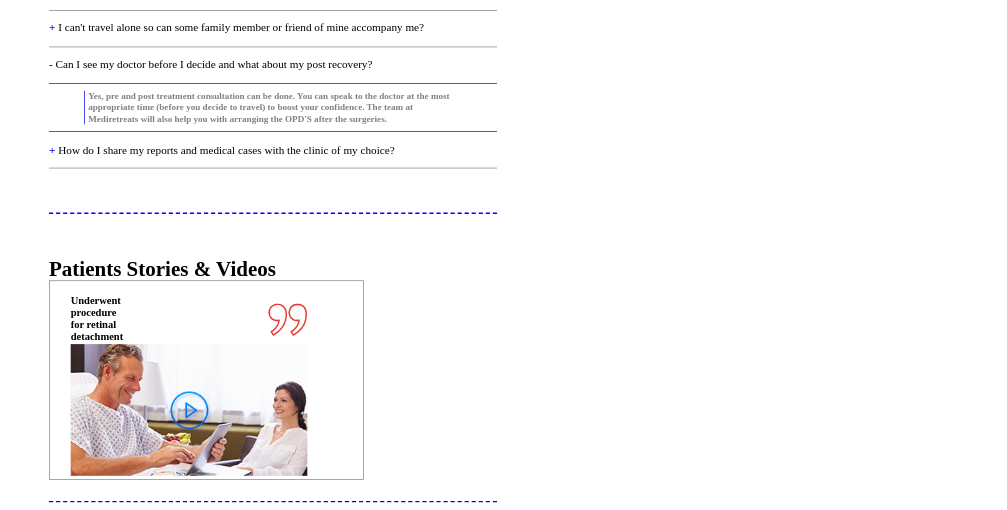
Repository: hetuk2005/webDevelopment
Page: Projects/Aafiya.html
An editor plug-in stored every save of this project. The page is shown before and after the next save, followed by the edit.
The browser window is 1280 px wide. The page is 1438 px wide, so the pictures cover 1438 px, including what lies to the right of the window. The pictures show the part of the page from y = 3751 to 5471 px (the page is 4479 px tall before and 5471 px after), at 70% of full size.

Above is the page before, as saved 2025-04-08 10:40:44.

### Projects/Aafiya.html
<!DOCTYPE html>
<html lang="en">

<head>
    <meta charset="UTF-8" />
    <meta name="viewport" content="width=device-width, initial-scale=1.0" />
    <title>Hetuk</title>
    <link rel="stylesheet" href="./CSS/Aafiya.css" />
</head>

<body>
    <nav>
        <div class="child1">
            <div class="images">
                <img src="./Images/Aafiya Logo.svg" alt="Aafiya Logo" class="img1" /><br />
                <img src="./Images/Logo 2.png" alt="Logo" class="img2" />
            </div>
            <div class="image_text">
                <div class="book_text">
                    <img src="./Images/Book.svg" alt="Book" class="img3" />
                    <div class="grid">
                        <br />
                        <p class="text">Second Medical Option</p>
                        <p class="text1">Book Consultation</p>
                    </div>
                </div>
                <div class="call_text">
                    <img src="./Images/Call.svg" alt="Call" class="img4" /><br />
                    <div class="grid">
                        <br />
                        <p class="text">Call Us On</p>
                        <p class="text1">985 896 2222</p>
                    </div>
                </div>
                <div class="mail_text">
                    <img src="./Images/Mail.png" alt="Mail" class="img5" />
                    <div class="grid">
                        <br />
                        <p class="text">Email Us On</p>
                        <p class="text1">info@mediretreats.com</p>
                    </div>
                </div>
                <div class="India">
                    <img src="./Images/India.svg" alt="India Flag" class="img6" />
                    <img src="./Images/Dropdown Arrow.svg" alt="Dropdown Arrow" class="img7" />
                </div>
            </div>
        </div>
        <div class="child2">
            <ul>
                <li>Home</li>
                <li>About Us</li>
                <li>Treatments +</li>
                <li>Destinations +</li>
                <li>Hospitals</li>
                <li>FAQs</li>
                <li>Blog</li>
                <li>Request A Quote</li>
            </ul>
            <input type="search" placeholder="Search" />
        </div>
    </nav>
    <div class="home_img">
        <div class="home_child">
            <p class="home_content">Home</p>
            <span> > </span>
            <p class="home_content">Treatments</p>
            <span> > </span>
            <p class="home_content">Orthopaedics</p>
            <span> > </span>
            <p class="home_content">Knee Replacement</p>
        </div>
        <br />
        <h3>Total Knee Replacement</h3>
        <p class="home_description">
            Total knee replacement is a surgery to remove and replace the whole<br /> damaged knee joint with an artificial joint.
        </p>
        <br />
        <button class="enquire_now">Enquire Now</button>
    </div>
    <div class="nav2">
        <ul>
            <li class="list">Overview</li>
            <li>Eligibility</li>
            <li>Preparation</li>
            <li>About Treatment</li>
            <li>Post-Treatment Care</li>
            <li>Recovery Tips</li>
            <li>FAQs</li>
            <li>Patients Stories</li>
        </ul>
    </div>
    <div class="treatment_overview">
        <div class="treatment_text">
            <h3>Treatment Overview</h3>
            <br />
            <p>
                Lorem ipsum dolor sit amet consectetur adipisicing elit.<br /> Earum, culpa vel debitis incidunt non quis.
            </p>
            <br />
            <p>
                Lorem ipsum dolor sit amet consectetur adipisicing elit.<br /> aliquam repudiandae, corporis consectetur dolorem eum.<br /> facilis quasi, praesentium inventore expedita quo hic.
            </p>
            <br />
            <p>
                Lorem ipsum dolor sit amet culpa vel debitis<br /> consectetur, adipisicing elit. Adipisci, nemo.
            </p>
            <br />
        </div>
        <div class="treatment_img">
            <img src="./Images/treatment_overview (1).jpg" alt="Image" />
        </div>
    </div>
    <div class="eligibility_for_treatment">
        <div class="eligibility_text">
            <h3>Eligibility For Treatment</h3>
            <br />
            <p>
                Any individual who has tried diet and exercise but failed to lose weight is considered as a good candidate for<br /> gastric bypass. Although gastric bypass aids in weight loss, it is not an appropriate option for everyone.<br /> Based
                on the overall health and certain medical guidelines, the doctor will decide whether you are eligible<br /> for gastric bypass or not.
            </p>
            <br />
            <p>In general, gastric bypass could be a good option if:</p>
            <br />
            <ul>
                <li>The BMI (body mass index) is 40 or more.</li>
                <li>
                    Your BMI is 30 or more with severe weight-related health conditions like type-2 diabetes and high<br /> blood pressure.
                </li>
                <li>You are willing to make permanent changes in the lifestyle.</li>
            </ul>
        </div>
        <br /><br /><br />
        <div class="eligibility_form">
            <h3>Need Help?</h3>
            <br />
            <p>
                Just let us know. We will be happy to<br /> assist you.
            </p>
            <br /><br />
            <form>
                <input type="text" placeholder="Full Name" /><br /><br />
                <input type="email" placeholder="Email" /><br /><br />
                <input type="tel" placeholder="Phone Number" /><br /><br />
                <input type="textarea" placeholder="Describe Your Treatment Requirement" class="textarea" /><br /><br />
                <button class="Enquiry">Send Enquiry</button>
            </form>
        </div>
    </div>
    <div class="preparation_of_treatment">
        <h3>Preparation Of Treatment</h3>
        <br />
        <p>
            Any individual who has tried diet and exercise but failed to lose weight is considered as a good candidate for<br /> gastric bypass. Although gastric bypass aids in weight loss, it is not an appropriate option for everyone.<br /> Based on
            the overall health and certain medical guidelines, the doctor will decide whether you are eligible<br /> for gastric bypass or not.
        </p>
        <br />
        <p>In general, gastric bypass could be a good option if:</p>
        <br />
        <ul>
            <li>The BMI (body mass index) is 40 or more.</li>
            <li>
                Your BMI is 30 or more with severe weight-related health conditions like type-2 diabetes and high<br /> blood pressure.
            </li>
            <li>You are willing to make permanent changes in the lifestyle.</li>
        </ul>
    </div>
    <div class="about_treatment">
        <h3>About Treatment</h3>
        <br />
        <p>
            Any individual who has tried diet and exercise but failed to lose weight is considered as a good candidate for<br /> gastric bypass. Although gastric bypass aids in weight loss, it is not an appropriate option for everyone.<br /> Based on
            the overall health and certain medical guidelines, the doctor will decide whether you are eligible<br /> for gastric bypass or not.
        </p>
        <br />
        <p>In general, gastric bypass could be a good option if:</p>
        <br />
        <ul>
            <li>The BMI (body mass index) is 40 or more.</li>
            <li>
                Your BMI is 30 or more with severe weight-related health conditions like type-2 diabetes and high<br /> blood pressure.
            </li>
            <li>You are willing to make permanent changes in the lifestyle.</li>
        </ul>
    </div>
    <div class="post_treatment">
        <h3>Post-Treatment Care Treatment</h3>
        <br />
        <p>
            Any individual who has tried diet and exercise but failed to lose weight is considered as a good candidate for<br /> gastric bypass. Although gastric bypass aids in weight loss, it is not an appropriate option for everyone.<br /> Based on
            the overall health and certain medical guidelines, the doctor will decide whether you are eligible<br /> for gastric bypass or not.
        </p>
        <br />
        <p>In general, gastric bypass could be a good option if:</p>
        <br />
        <ul>
            <li>The BMI (body mass index) is 40 or more.</li>
            <li>
                Your BMI is 30 or more with severe weight-related health conditions like type-2 diabetes and high<br /> blood pressure.
            </li>
            <li>You are willing to make permanent changes in the lifestyle.</li>
        </ul>
    </div>
    <div class="treatment_recovery">
        <h3>Post-Treatment Care Treatment</h3>
        <br />
        <p>
            Any individual who has tried diet and exercise but failed to lose weight is considered as a good candidate for<br /> gastric bypass. Although gastric bypass aids in weight loss, it is not an appropriate option for everyone.<br /> Based on
            the overall health and certain medical guidelines, the doctor will decide whether you are eligible<br /> for gastric bypass or not.
        </p>
        <br />
        <p>In general, gastric bypass could be a good option if:</p>
        <br />
        <ul>
            <li>The BMI (body mass index) is 40 or more.</li>
            <li>
                Your BMI is 30 or more with severe weight-related health conditions like type-2 diabetes and high<br /> blood pressure.
            </li>
            <li>You are willing to make permanent changes in the lifestyle.</li>
        </ul>
    </div>
    <div class="treatment_faqs">
        <h3>Treatment FAQs</h3>
        <br />
        <p>How do I know the clinic I am searching is verified?</p>
        <br />
        <p>
            I can't travel alone so can some family member or friend of mine accompany me?
        </p>
        <br />
        <p class="answered">
            Can I see my doctor before I decide and what about my post recovery?
        </p>
        <br />
        <p class="answer">
            <span class="left">
          Yes, pre and post treatment consultation can be done. You can speak to
          the doctor at the most<br />
          appropriate time (before you decide to travel) to boost your
          confidence. The team at<br />
          Mediretreats will also help you with arranging the OPD'S after the
          surgeries.
        </span>
        </p>
        <br />
        <a class="bottom">
        How do I share my reports and medical cases with the clinic of my
        choice?
      </a>
        <br />
    </div>
    <div class="patient_stories">
        <h3>Patients Stories & Videos</h3>
        <div class="stories_img">
            <div class="text1">
                <p class="stories_text">Underwent procedure<br> for retinal detachment</p>
                <img src="./Images/Quotes.svg" alt="Quotes" class="quotes">
            </div>
            <img src="./Images/Patient_Stories.png" alt="Image Of Patient" class="patients" />
        </div>
    </div>
</body>

</html>

### Projects/CSS/Aafiya.css
* {
    margin: 0;
    padding: 0;
    box-sizing: border-box;
}

nav {
    width: 100%;
}

.child1 {
    display: flex;
    padding-top: 15px;
    gap: 20px;
    /* height: 50vh; */
    /* border: 1px solid black; */
    justify-content: space-evenly;
    align-items: center;
}

.img3,
.img4,
.img5 {
    height: 60px;
    width: 60px;
    padding-top: 10px;
    object-fit: contain;
}

.book_text,
.call_text,
.mail_text {
    display: flex;
    width: 250px;
    /* border: 1px solid red; */
    justify-content: center;
    padding-bottom: 15px;
}

.grid {
    display: grid;
    text-align: left;
    padding-left: 10px;
}

.img1 {
    height: 70px;
    width: 300px;
    object-fit: contain;
}

.img2 {
    height: 80px;
    width: 70px;
    object-fit: contain;
}

.image_text {
    display: flex;
    gap: 20px;
    padding-right: 50px;
}

.images {
    display: flex;
    gap: 25px;
    padding-left: 50px;
    justify-content: center;
    align-items: center;
}

.text1 {
    font-weight: bolder;
    font-size: 15px;
}

.text {
    font-weight: bold;
    color: gray;
    font-size: 15px;
}

.India {
    display: flex;
    padding-left: 5px;
    justify-content: center;
    gap: 8px;
}

.India>.img6 {
    height: 50px;
    /* width: 50px; */
    padding-top: 10px;
    object-fit: contain;
}

.India>.img7 {
    height: 40px;
    /* width: 40px; */
    padding-top: 23px;
    object-fit: contain;
}

.child2 {
    display: flex;
    padding-top: 10px;
    /* border: 1px solid black; */
    justify-content: space-evenly;
    align-items: center;
    color: white;
    padding-bottom: 10px;
    background-color: rgb(125, 163, 244);
}

.child2>ul {
    list-style-type: none;
    display: flex;
    gap: 60px;
    justify-content: center;
    font-weight: bold;
    align-items: center;
    font-size: larger;
    padding-right: 60px;
}

.child2>input {
    height: 45px;
    background-color: rgb(125, 163, 244);
    width: 200px;
    padding-left: 10px;
    font-weight: bold;
    border: 2px solid black;
}

.child2>input::placeholder {
    color: white;
    text-align: center;
    font-size: large;
    font-weight: bolder;
    opacity: 0.8;
}

.home_img {
    background-image: url(../Images/Main\ Image.jpg);
    background-position: center center;
    background-size: cover;
    background-repeat: no-repeat;
    padding: 80px 0;
    padding-left: 70px;
    position: relative;
    color: white;
}

.home_img>.home_child {
    display: flex;
    gap: 20px;
}

.home_img>.home_child>.home_content,
span {
    font-size: 20px;
    font-weight: bold;
}

.home_img>h3 {
    font-size: 37px;
    font-weight: bolder;
    margin-bottom: 15px;
}

.home_img>.home_description {
    font-size: 19px;
    margin-bottom: 25px;
    font-weight: bold;
}

.home_img>.home_child>span {
    color: red;
}

.home_img>.enquire_now {
    background-color: #1da1f2;
    font-weight: bold;
    color: white;
    font-size: 17px;
    width: 170px;
    height: 40px;
}

.nav2>ul {
    list-style-type: none;
    display: flex;
    gap: 50px;
    padding-left: 60px;
    padding-top: 25px;
    padding-bottom: 20px;
    border-bottom: 2px solid gray;
    font-size: larger;
    font-weight: 300;
}

.nav2>ul>.list:hover {
    text-decoration: underline;
}

.treatment_overview {
    display: flex;
    width: 100%;
    gap: 50px;
    margin-bottom: 10px;
    border-bottom: 2px dashed blue;
    margin-left: 70px;
}

.treatment_overview>.treatment_text {
    padding-top: 67px;
    padding-bottom: 50px;
}

.treatment_overview>.treatment_text>p {
    font-size: 25px;
    padding-bottom: 25px;
}

.treatment_overview>.treatment_text>h3 {
    font-weight: bold;
    font-size: 30px;
}

.treatment_overview>.treatment_img>img {
    height: 480px;
    width: 700px;
    padding-top: 40px;
    padding-bottom: 40px;
    object-fit: contain;
    margin-right: 70px;
}

.eligibility_for_treatment {
    display: flex;
    width: 100%;
    gap: 80px;
    padding-top: 50px;
    margin-left: 70px;
}

.eligibility_for_treatment>.eligibility_text {
    border-bottom: 2px dashed blue;
}

.eligibility_for_treatment>.eligibility_text>h3 {
    font-size: 30px;
    font-weight: bold;
}

.eligibility_for_treatment>.eligibility_text>ul {
    list-style-type: circle;
    padding-left: 23px;
}

.eligibility_for_treatment>.eligibility_text>ul>li::marker {
    color: blue;
    font-size: 30px;
    font-weight: bold;
}

.eligibility_for_treatment>.eligibility_form>h3 {
    font-size: 35px;
    color: blue;
    font-weight: bold;
    font-style: italic;
}

.eligibility_form {
    box-shadow: 0 0 10px rgba(0, 0, 0, 0.4);
    border-radius: 7px;
    padding: 20px;
}

.eligibility_for_treatment>.eligibility_form>p {
    font-size: 20px;
}

.eligibility_for_treatment>.eligibility_form>form>input {
    height: 40px;
    width: 300px;
    gap: 20px;
    border: 2px solid black;
    border-radius: 7px;
}

.eligibility_for_treatment>.eligibility_form>form>input::placeholder {
    color: gray;
    padding-left: 15px;
}

.eligibility_for_treatment>.eligibility_form>form>.textarea {
    height: 100px;
    width: 300px;
    border: 2px solid black;
    border-radius: 7px;
}


/*.eligibility_for_treatment>.eligibility_form>form>.textarea::placeholder {
    padding-bottom: 70px;
}*/

.eligibility_for_treatment>.eligibility_form>form>button {
    background: linear-gradient(to right, #00aaff, #66ccff);
    color: white;
    width: 100%;
    border-radius: 7px;
    border: none;
    height: 45px;
}

.preparation_of_treatment>h3 {
    font-size: 30px;
    font-weight: bold;
}

.preparation_of_treatment {
    border-bottom: 2px dashed blue;
    margin-bottom: 10px;
    padding-bottom: 30px;
    gap: 50px;
    padding-top: 50px;
    margin-left: 70px;
    width: 50%;
}

.preparation_of_treatment>ul {
    list-style-type: circle;
    padding-left: 23px;
}

.preparation_of_treatment>ul>li::marker {
    color: blue;
    font-size: 30px;
    font-weight: bold;
}

.about_treatment {
    border-bottom: 2px dashed blue;
    margin-bottom: 10px;
    padding-bottom: 30px;
    gap: 50px;
    padding-top: 50px;
    margin-left: 70px;
    width: 50%;
}

.about_treatment>ul {
    list-style-type: circle;
    padding-left: 23px;
}

.about_treatment>ul>li::marker {
    color: blue;
    font-size: 30px;
    font-weight: bold;
}

.about_treatment>h3 {
    font-size: 30px;
    font-weight: bold;
}

.post_treatment {
    border-bottom: 2px dashed blue;
    margin-bottom: 10px;
    padding-bottom: 30px;
    gap: 50px;
    padding-top: 50px;
    margin-left: 70px;
    width: 50%;
}

.post_treatment>ul {
    list-style-type: circle;
    padding-left: 23px;
}

.post_treatment>ul>li::marker {
    color: blue;
    font-size: 30px;
    font-weight: bold;
}

.post_treatment>h3 {
    font-size: 30px;
    font-weight: bold;
}

.treatment_recovery {
    border-bottom: 2px dashed blue;
    margin-bottom: 10px;
    padding-bottom: 30px;
    gap: 50px;
    padding-top: 50px;
    margin-left: 70px;
    width: 50%;
}

.treatment_recovery>ul {
    list-style-type: circle;
    padding-left: 23px;
}

.treatment_recovery>ul>li::marker {
    color: blue;
    font-size: 30px;
    font-weight: bold;
}

.treatment_recovery>h3 {
    font-size: 30px;
    font-weight: bold;
}

.treatment_faqs>h3 {
    font-size: 30px;
    font-weight: bold;
}

.treatment_faqs {
    border-bottom: 2px dashed blue;
    padding-bottom: 45px;
    margin-bottom: 11px;
    gap: 50px;
    padding-top: 50px;
    margin-left: 70px;
    width: 50%;
}

.treatment_faqs>p {
    border-top: 1px solid gray;
    padding-top: 15px;
    counter-reset: value;
}

.treatment_faqs>p::before {
    counter-increment: value;
    content: "+  ";
    font-weight: bold;
    color: blue;
}

.treatment_faqs>.answered {
    counter-reset: value;
}

.treatment_faqs>.answered::before {
    counter-increment: value;
    content: "-  ";
    color: blue;
}

.treatment_faqs>.bottom {
    border-bottom: 1px solid gray;
    display: block;
    padding-bottom: 15px;
    counter-reset: value;
}

.treatment_faqs>.bottom::before {
    counter-increment: value;
    content: "+  ";
    font-weight: bold;
    color: blue;
}

.treatment_faqs>.answer {
    border-top: 1px solid blue;
    border-bottom: 1px solid blue;
    padding-left: 50px;
    padding-top: 10px;
    padding-bottom: 10px;
    counter-reset: value;
}

.treatment_faqs>.answer::before {
    counter-increment: value;
    content: "";
    color: blue;
}

.treatment_faqs>.answer>.left {
    border-left: 1px solid blue;
    display: block;
    font-size: small;
    padding-left: 5px;
    color: gray;
}

.patient_stories {
    border-bottom: 2px dashed blue;
    margin-bottom: 10px;
    padding-bottom: 30px;
    gap: 50px;
    padding-top: 50px;
    margin-left: 70px;
    width: 50%;
}

.patient_stories>h3 {
    font-size: 30px;
    font-weight: bold;
}

.patient_stories>.stories_img {
    border: 1px solid gray;
    width: 450px;
    padding-left: 30px;
    padding-top: 20px;
}

.patient_stories>.stories_img>.text1 {
    display: grid;
    grid-template-columns: repeat(2, 1fr);
    font-size: 15px;
    font-weight: bold;
}

.patient_stories>.stories_img>.text1>.quotes {
    height: 70px;
    width: 70px;
    margin-right: 100px;
    margin-left: 200px;
    object-fit: contain;
}

After the next save:
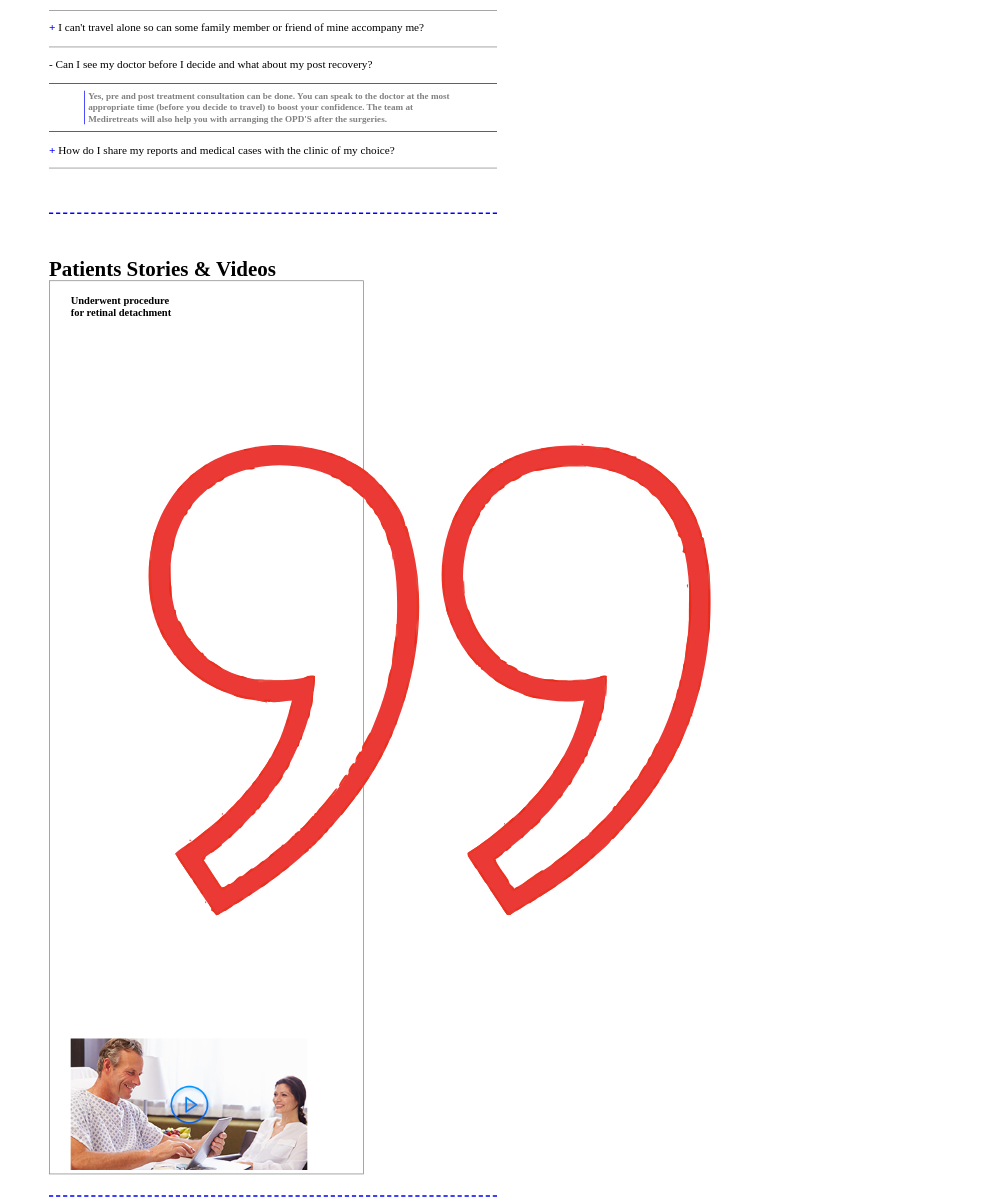
Saved 29 s later.
--- a/Projects/Aafiya.html
+++ b/Projects/Aafiya.html
@@ -253,8 +253,8 @@
         <h3>Patients Stories & Videos</h3>
         <div class="stories_img">
             <div class="text1">
-                <p class="stories_text">Underwent procedure<br> for retinal detachment</p>
-                <img src="./Images/Quotes.svg" alt="Quotes" class="quotes">
+                <p class="stories_text">Underwent procedure<br> for retinal detachment
+                    <img src="./Images/Quotes.svg" alt="Quotes" class="quotes"></p>
             </div>
             <img src="./Images/Patient_Stories.png" alt="Image Of Patient" class="patients" />
         </div>
